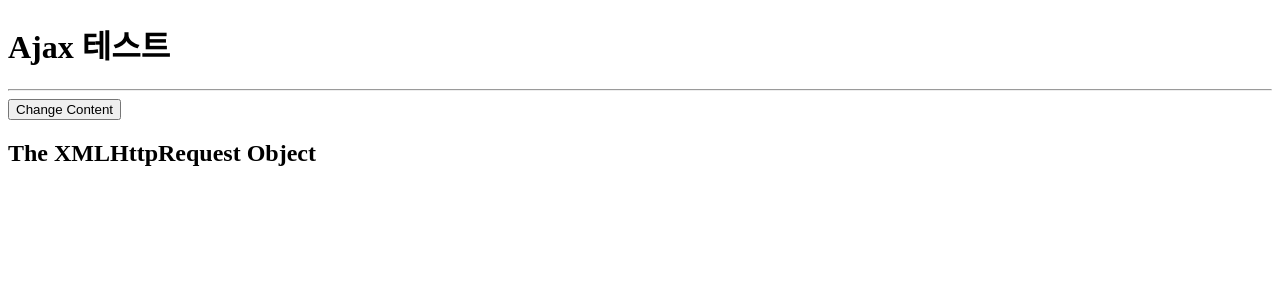
Repository: cwj2306/blog_project_2
Page: http://localhost/blog/test/ajaxtest.jsp
An editor plug-in stored every save of this project. The page is shown before and after the next save, followed by the edit.
The browser window is 1280 px wide. The pictures show the whole page.
The page is served by Tomcat 9. Nobody is signed in. The application's start-up code is not run. Other server files are loaded and not shown.

Above is the page before, as saved 2019-11-01 03:09:53.

### blog/WebContent/test/ajaxtest.jsp
<%@ page language="java" contentType="text/html; charset=UTF-8" pageEncoding="UTF-8"%>
<!DOCTYPE html>
<html>
<head>
<meta charset="UTF-8">
<title>Insert title here</title>
</head>
<body>

	<h1>Ajax 테스트</h1>
	<hr />
	<button type="button" onclick="loadDoc()">Change Content</button>

	<div id="demo">
		<h2>The XMLHttpRequest Object</h2>
	</div>

	<script>
		function loadDoc() {
			var xhttp = new XMLHttpRequest();
			xhttp.onreadystatechange = function() {
				if (this.readyState == 4 && this.status == 200) {
					document.getElementById("demo").innerHTML = this.responseText;
				}
			};
			xhttp.open("GET", "http://localhost:8000/blog/test", true);
			xhttp.send();
		}
	</script>

</body>
</html>

After the next save:
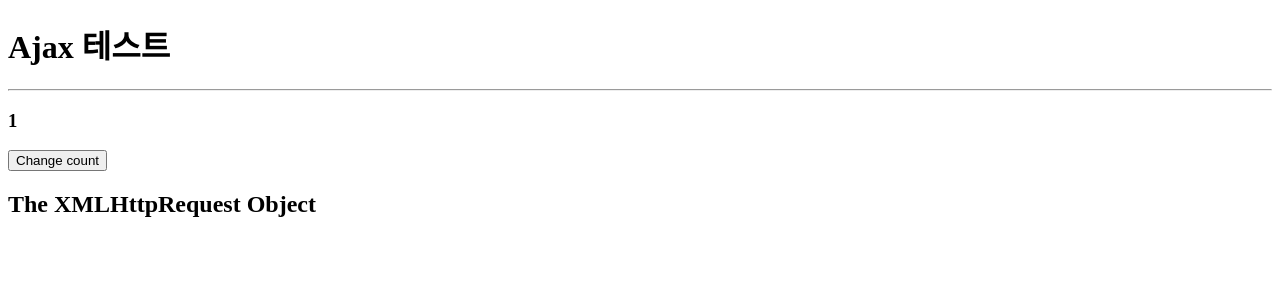
Saved 23 s later.
--- a/blog/WebContent/test/ajaxtest.jsp
+++ b/blog/WebContent/test/ajaxtest.jsp
@@ -9,7 +9,8 @@
 
 	<h1>Ajax 테스트</h1>
 	<hr />
-	<button type="button" onclick="loadDoc()">Change Content</button>
+	<h3>1</h3>
+	<button type="button" onclick="loadDoc()">Change count</button>
 
 	<div id="demo">
 		<h2>The XMLHttpRequest Object</h2>
